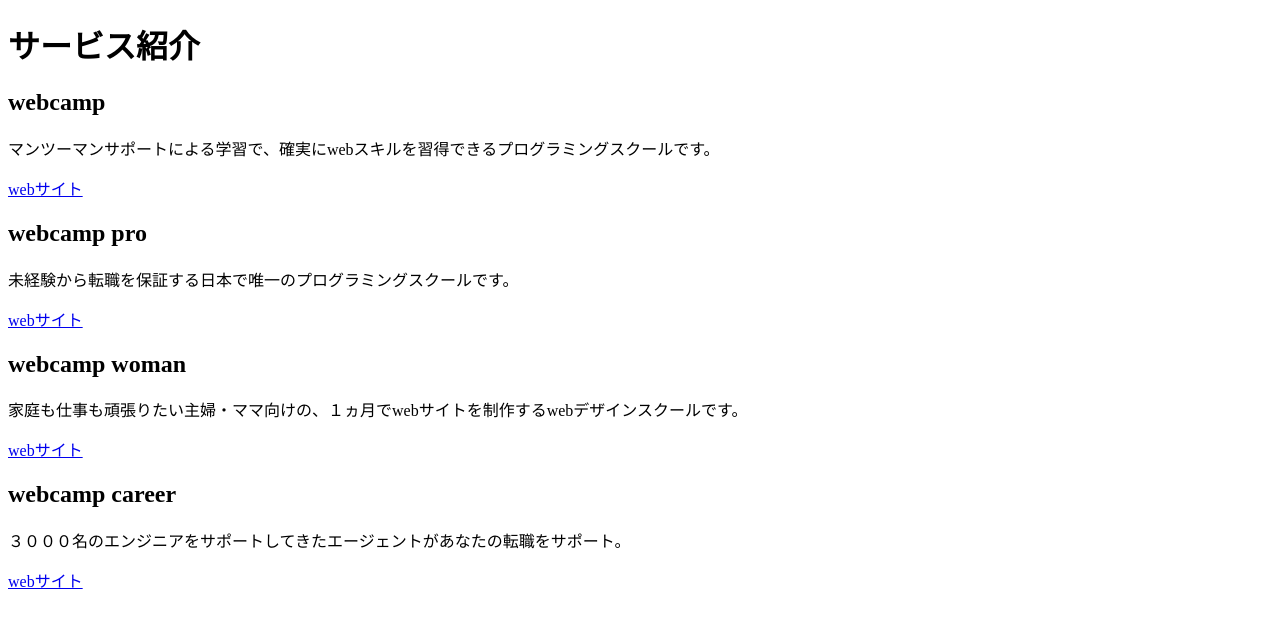
Repository: papisi-zu/book1
Page: exercises/exercises.html
The author's editor kept a record of every edit. The page is drawn from the files as they stood at one moment, then again after the next edit.
The browser window is 1280 px wide. The pictures show the whole page.

Above is the page before.

### exercises/exercises.html
<!DOCTYPE HTML>
<html lang="ja">
  <head>
    <meta charset="UTF-8" />
    <title>初めての演習</title>
    <link rel="exercisessheet" href="exercises.css">
  </head>

  <body>
    <h1>サービス紹介</h1>
    <h2>webcamp</h2>
    <p>マンツーマンサポートによる学習で、確実にwebスキルを習得できるプログラミングスクールです。</p>
    <a href="https://web-camp.io/">webサイト</a>
    <h2>webcamp pro</h2>
    <p>未経験から転職を保証する日本で唯一のプログラミングスクールです。</p>
    <a href="https://web-camp.io/">webサイト</a>
    <h2>webcamp woman</h2>
    <p>家庭も仕事も頑張りたい主婦・ママ向けの、１ヵ月でwebサイトを制作するwebデザインスクールです。</p>
    <a href="https://web-camp.io/">webサイト</a>
    <h2>webcamp career</h2>
    <p>３０００名のエンジニアをサポートしてきたエージェントがあなたの転職をサポート。</p>
    <a href="https://web-camp.io/">webサイト</a>
  </body>
</html>

Loaded but not shown: exercises/exercises.css (common file)

After the next edit:
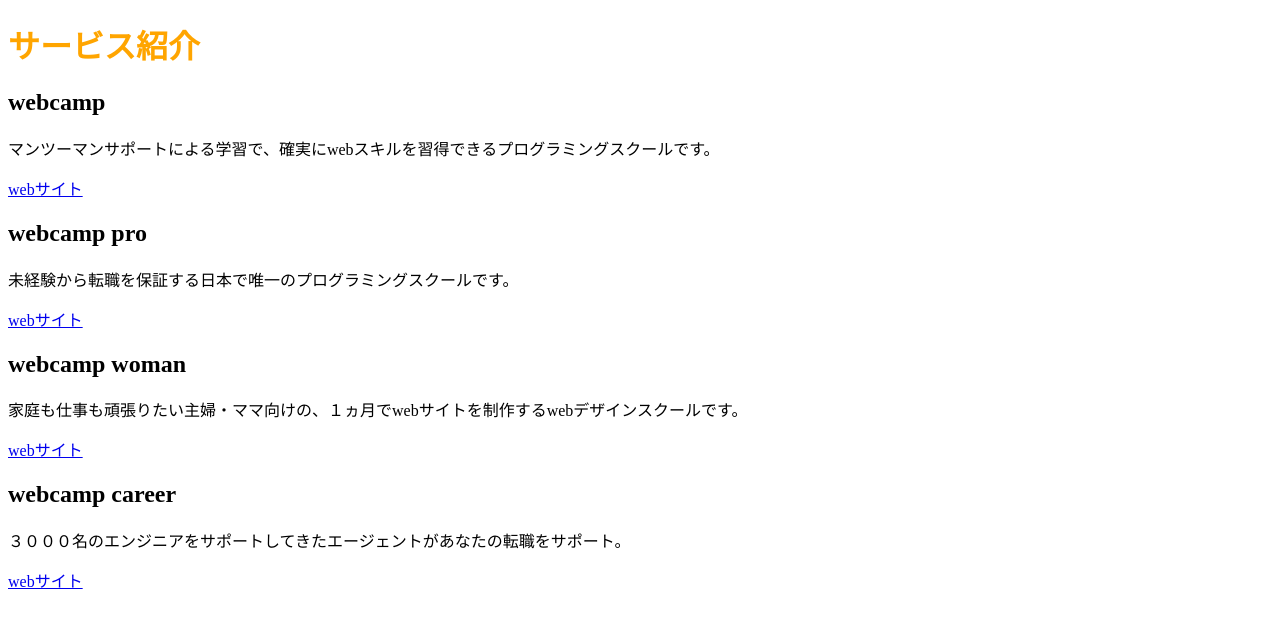
The edit:
--- a/exercises/exercises.html
+++ b/exercises/exercises.html
@@ -3,7 +3,7 @@
   <head>
     <meta charset="UTF-8" />
     <title>初めての演習</title>
-    <link rel="exercisessheet" href="exercises.css">
+    <link rel="stylesheet" href="exercises.css">
   </head>
 
   <body>
